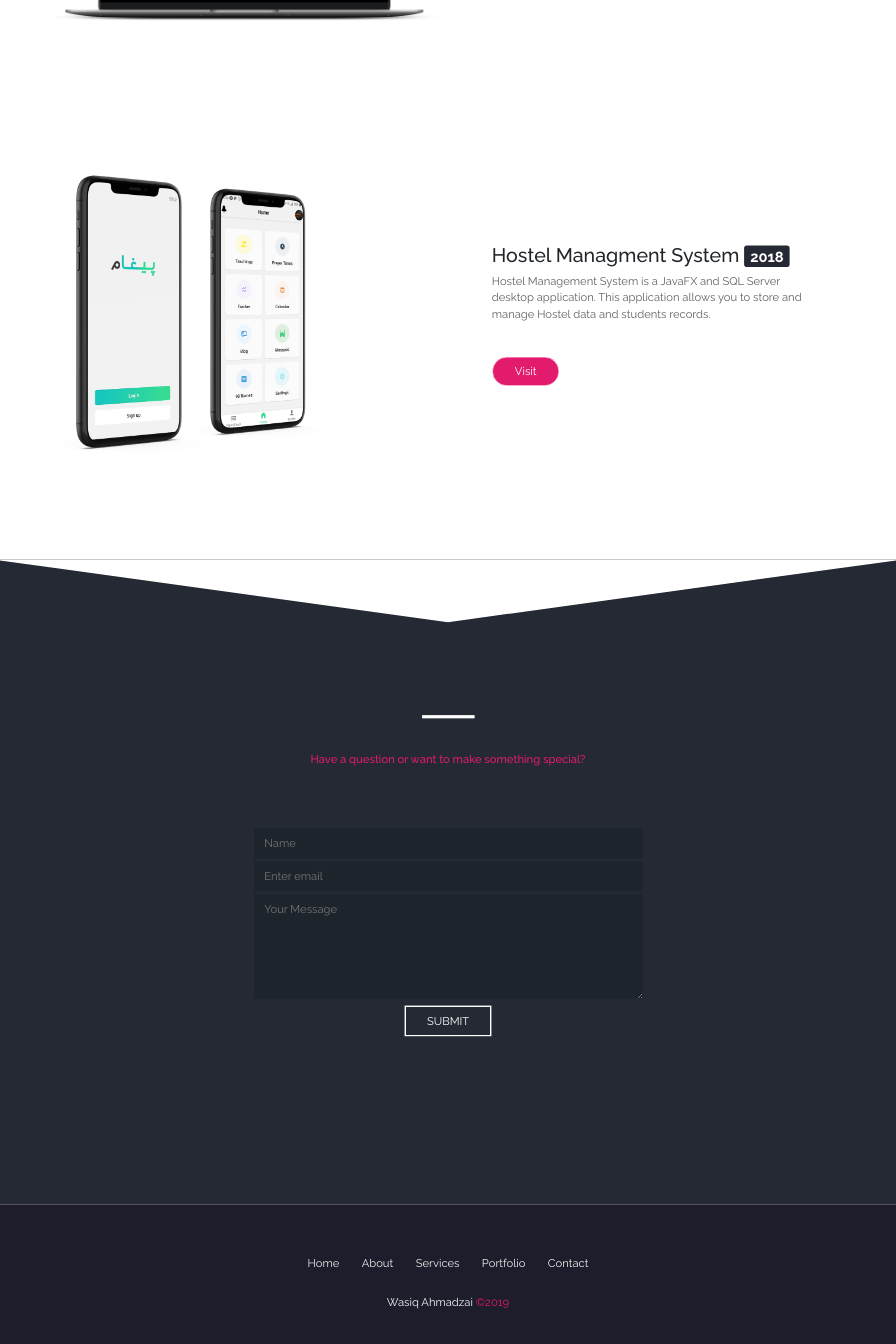
Repository: wasiqkhan/wasiqkhan.github.io
Page: index.html
The author's editor kept a copy of each file at every save. The page is drawn from the files as they stood at one save, then again after the next save.
The browser window is 1280 px wide. The pictures show the part of the page from y = 3182 to 5102 px (the page is 5102 px tall before and 5082 px after), at 70% of full size.
Some web fonts or font styles are not loaded; a fallback is used.

Above is the page before, as saved 2020-12-03 01:45:42.
Not found: js/all.js
Not found: js/app.js
Not found: js/particles.js

### index.html
<!DOCTYPE html>
<html lang="en">
  <!-- Start of Async Drift Code -->
<script>
  "use strict";!function(){var r=window.driftt=window.drift=window.driftt||[];if(!r.init){if(r.invoked)return window.console&&console.error&&console.error("Drift snippet included twice.");r.invoked=!0,r.methods=["identify","config","track","reset","debug","show","ping","page","hide","off","on"],r.factory=function(e){return function(){var t=Array.prototype.slice.call(arguments);return t.unshift(e),r.push(t),r}},r.methods.forEach(function(t){r[t]=r.factory(t)}),r.load=function(t){var e=3e5*Math.ceil(new Date/3e5),r=document.createElement("script");r.type="text/javascript",r.async=!0,r.crossorigin="anonymous",r.src="https://js.driftt.com/include/"+e+"/"+t+".js";var n=document.getElementsByTagName("script")[0];n.parentNode.insertBefore(r,n)}}}(),drift.SNIPPET_VERSION="0.3.1",drift.load("8faar6gaz2cs");
  </script>
  <!-- End of Async Drift Code -->
  <head>
    <meta charset="UTF-8" />
    <meta name="viewport" content="width=device-width, initial-scale=1.0" />
    <meta http-equiv="X-UA-Compatible" content="ie=edge" />
    <meta content="Wasiq Ahmadzai Web and Mobile App Developer" name="descriptison" />
    <meta content="MERN Reactjs ReactNative Nodejs JavaScript" name="keywords" />
    <meta property="og:title" content="Mohammad Wasiq | Portfolio" />
    <meta
      property="og:description"
      content="Web and Mobile App Developer"
    />
    <meta
      property="og:image"
      content="./img/link.PNG"
    />
    <meta property="og:url" content="https://wasiqkhan.github.io/" />
    <meta name="twitter:card" content="summary_large_image">
    <meta name="twitter:site" content="https://wasiqkhan.github.io/">
    <meta name="twitter:title" content="Mohammad Wasiq | Web & Mobile App Developer" />
    <meta name="twitter:description" content="Mohammad Wasiq is a Web and Mobile App Developer with experience in MERN Stack React Native"/>
    <meta name="twitter:creator" content="Mohammad Wasiq">

    <meta
      name="twitter:image"
      content="https://github.com/wasiqkhan/wasiqkhan.github.io/blob/master/img/link.PNG"
    />

    <link href="https://fonts.googleapis.com/css?family=Raleway:400,500,600,700,800&display=swap" rel="stylesheet">
    <link href="https://fonts.googleapis.com/icon?family=Material+Icons" rel="stylesheet">
    <link
    href="./css/materialdesignicons.min.css"
    media="all"
    rel="stylesheet"
  />
    <link type="text/css" rel="stylesheet" href="./css/style.css" />
    <link type="text/css" rel="stylesheet" href="./css/bootstrap.min.css" />

    <link type="text/css" rel="stylesheet" href="./css/lightbox.css" />
    <link rel="stylesheet" href="./css/line-awesome.css">


    <link rel="shortcut icon" href="./icon.png">

    <link
      type="text/css"
      rel="stylesheet"
      media="screen and (max-width:768px)"
      href="./css/mobile.css"
    />
    <link
      type="text/css"
      rel="stylesheet"
      media="screen and (min-width:769px) and (max-width:992px)"
      href="./css/widescreen.css"
    />
    <link
      type="text/css"
      rel="stylesheet"
      media="screen and (min-width:993px) and (max-width:1199px)"
      href="./css/ipadpro.css"
    />

    <title>Mohammad Wasiq | Web & Mobile Developler</title>
  </head>

  <body id="home" >
      <!-- <div id="particles-js">

      </div> -->
    <!-- Navbar -->
    <nav class="navigation">
      <button
        type="button"
        data-toggle="collapse"
        data-target="#myNav"
        class="navbar-toggler hamburger-menu"
      >
        <div class="line1"></div>
        <div class="line2"></div>
        <div class="line3"></div>
      </button>
      <div class="bg-cover"></div>
      <div class="collapse nav-content" id="myNav">
        <div class="container-fluid">
          <div class="row">
            <div class="col-10 max-auto">
              <ul class="navbar-nav flex-lg-row flex-column nav-justified">
                <li class="nav-item">
                  <a class="nav-link m-3 link-item" href="#home">Home</a>
                </li>
                <li class="nav-item">
                  <a class="nav-link m-3 link-item" href="#about">About</a>
                </li>
                <li class="nav-item">
                  <a class="nav-link m-3 link-item" href="#service">Services</a>

                </li>
                <li class="nav-item">
                    <a class="nav-link m-3 link-item" href="#portfolio">Portfolio</a>
                  </li>

                <li class="nav-item">
                  <a class="nav-link m-3 link-item" href="#contact">Contact</a>
                </li>
              </ul>
            </div>
          </div>
        </div>
      </div>
    </nav>

    <header id="showcase">



      <div class="showcase-content">
          <h1 class="heading"><span style="color: #E31B6D">Wasiq Ahmadzai</span>.<br>Web & Mobile App Developer.</h1>

          <a href="#about" class="btnn">Read more</a>
        </div>
    </header>

    <section id="about" class="primary about">
        <h2 class="text-center m-heading">About Me</h2>
        <div class="line"></div>
      <div class="container new">
        <div class="card cardnew">

          <img src="./img/dev.PNG" class="card-img-top cut" style="margin: auto">
          <div class="card-body">
              <img src="./img/5a159554b6a61a2ba5ccdb57.PNG" class="my-img" />
              <div class="card-title">
                <h3 class="text-center">Wasiq Ahmadzai</h3>
              </div>
              <div class="card-subtitle text-center">
                <p style="color:#E31B6D"></span> Freelance <span style="color: #616161">|</span> Kabul, AFG</p>
              </div>
              <div class="links">
                  <a href="http://www.facebook.com/ahmadzai.khan.54" target="_blank"><i class="fab fa-facebook fa-2x"></i></a>
                  <a href="https://github.com/wasiqkhan" target="_blank"><i class="fab fa-github fa-2x"></i></a>

                  <a href="https://www.linkedin.com/in/mohammad-wasiq-ahmadzai-5439371b0/" target="_blank"><i class="fab fa-linkedin fa-2x"></i></a>
                </div>
          </div>
        </div>
        <div class="items">



          <div>

          <p class="info-p lead">Hi, I am a Web and Mobile App Developer with experience in MERN Stack (MongoDB, Expressjs, Reactjs, Nodejs), React Native, Firebase, MySQL. I have serious passion for amazing & responsive mobile and web apps.</p>

        </div>
        <h4 style="text-align:left">Fun Facts</h4>


         <div class="service-items flex-wrap" style="padding: 0 0">
            <div class="item fun-facts" style="margin-right: 10px ;background: #252934">
              <div>
                <i class="fas fa-coffee fa-2x mb-3" style="color:#E31B6D"></i>
                <h6 class="text-center" style="color: white">100+ Cups of Coffee</h6>

              </div>
            </div>

            <div class="item fun-facts" style="margin-right: 10px ;background: #252934">
              <div>
                  <i class="fas fa-book fa-2x mb-3" style="color:#E31B6D"></i>
                <h6 class="text-center" style="color: white">10+ Books</h6>

              </div>

            </div>

            <div class="item fun-facts" style="margin-right: 10px ;background: #252934">
              <div>
                  <i class="fas fa-bicycle fa-2x mb-3" style="color:#E31B6D"></i>
                <h6 class="text-center" style="color: white">1200km Cycled</h6>

              </div>

            </div>
            <div class="item fun-facts" style="margin-right: 10px;background: #252934">
                <div>
                    <i class="fas fa-award fa-2x mb-3" style="color:#E31B6D"></i>
                  <h6 class="text-center" style="color: white">10 Awards Won</h6>

                </div>

              </div>

          </div>



<div>
          <a href="#contact" class="hire-me">Hire Me</a>
        </div>

      </div>


          </div>

    </section>
    <section id="service" class="primary service">
      <div class="container">
        <h2 class="text-center m-heading">Services</h2>
        <div class="line"></div>

        <div class="service-items rotate fun-facts">
          <div class="item">
            <div>
              <i class="fas fa-desktop fa-6x textt mb-3"></i>
              <h3 class="text-center">Web Development</h3>
              <p class="text-center">
                Fully responsive full stack website development
              </p>
            </div>
          </div>

          <div class="item">
            <div>
                <i class="fas fa-mobile-alt fa-6x textt textt2 mb-3"></i>
              <h3 class="text-center">Mobile Apps</h3>
              <p class="text-center">
                Fast and Professional app development using latest technologies
              </p>
            </div>

          </div>

          <div class="item">
            <div>
                <i class="fas fa-rocket fa-6x  textt mb-3"></i>
              <h3 class="text-center">Launch</h3>
              <p class="text-center">
                Deployment and Maintainance

              </p>
            </div>

          </div>
        </div>
      </div>
    </section>
    <section id="portfolio" class="portfolio">
      <div class="container">
        <h2 class="text-center m-heading">Portfolio</h2>
        <div class="line"></div>

        <div class="portfolio-items row align-items-center h-100 text-center text-lg-left" style="margin-top: 120px;">
          <div class="col-lg-6 p-lg-0">
            <img src="./img/walletapp.png" height="350" >

          </div>
          <div class="col-lg-5 mx-auto py-3">
            <h3 class="h3">My Wallet
              <span class="badge badge-sm">2017</span>
            </h3>
            <p class="mb-3" style="color: #616161;">An android app that keeps track of your money, daily transactions, and expenses
            </p>
            <a href="https://bit.ly/3iEEP3P" class="visit" target="_blank">Visit</a>

          </div>

        </div>

        <div class="portfolio-items row align-items-center h-100 text-center text-lg-left " style="margin-top: 220px;">
          <div class="col-lg-6 p-lg-0">
            <img src="./img/lineageweb.png" height="300"  >

          </div>
          <div class="col-lg-5 mx-auto py-3">
            <h3 class="h3 bold">Lineage Logistics
              <span class="badge badge-sm">2020</span>
            </h3>
            <p class="mb-3" style="color: #616161;">
              Lineage Logistics Afghanistan
            </p>
            <a href="https://lineage.com.af/" class="visit" target="_blank">Visit</a>

          </div>

        </div>

        <div class="portfolio-items row align-items-center h-100 text-center text-lg-left" style="margin-top: 220px;">
          <div class="col-lg-6 p-lg-0">
            <img src="./img/paigham.png" height="400"  >

          </div>
          <div class="col-lg-5 mx-auto py-3">
            <h3 class="h3">Hostel Managment System
              <span class="badge badge-sm">2018</span>
            </h3>
            <p class="mb-3" style="color: #616161;">Hostel Management System is a JavaFX and SQL Server desktop application. This application allows you to store and manage Hostel data and students records.
            </p>
            <a href="https://github.com/wasiqkhan/Hostel-Management-System" class="visit" target="_blank">Visit</a>

          </div>

        </div>
      </div>
    </section>


    <section id="contact" class="contact">
      <svg preserveAspectRatio="none" viewBox="0 0 100 102" height="90" width="100%" version="1.1"
      xmlns="http://www.w3.org/2000/svg" class="svgcolor-light">

     <path d="M0 0 L50 100 L100 0 Z" fill="white" stroke="white"/>

    </svg>
      <div class="container-fluid">
        <h2 class="text-center m-heading" style="color: #fff">Contact</h2>
        <div class="line"></div>
        <div class="container">
          <h6 class="text-center py-5" style="color: #E31B6D">Have a question or want to make something special?</h6>


                <form
                class="waypoint"
                data-animation="pop-in"
                data-delay=".5s"
                id="contact-form"
              >
                <input placeholder="Name" type="text" name="name" required />
                <input
                  placeholder="Enter email"
                  type="email"
                  name="email"
                  required
                />
                <textarea
                  placeholder="Your Message"
                  type="text"
                  name="message"
                  required
                ></textarea>
                <div id="success">
                  <div>
                    Your message was sent successfully. Thanks!<span
                      id="close"
                      class="mdi mdi-close"
                    ></span>
                  </div>
                </div>
                <input class="button" type="submit" id="submit" value="SUBMIT" />
              </form>



        </div>
    </section>
    <footer id="footer">
      <div class="container">
        <div class="row">
          <div class="col text-center">
            <div class="mb-2">
              <a href="http://www.facebook.com/ahmadzai.khan.54" target="_blank" class="mx-sm-4 mx-2 social"
                ><i class="fab fa-facebook fa-2x"></i
              ></a>
              <a href="https://github.com/wasiqkhan" target="_blank" class="mx-sm-4 mx-2 social"
                ><i class="fab fa-github fa-2x"></i
              ></a>
              <a href="https://www.linkedin.com/in/mohammad-wasiq-ahmadzai-5439371b0/" target="_blank" class="mx-sm-4 mx-2 social"
                ><i class="fab fa-linkedin fa-2x"></i
              ></a>
             -->
            </div>

          </div>
        </div>
        <div class="container-fluid p-3">
            <div class="row">
              <div class="col mb-4">
                <ul class="nav justify-content-center footer-items">
                  <li class="nav-item">
                    <a href="#home" class="nav-link">Home</a>
                  </li>
                  <li class="nav-item">
                    <a href="#about" class="nav-link">About</a>
                  </li>
                  <li class="nav-item">
                    <a href="#service" class="nav-link">Services</a>
                  </li>
                  <li class="nav-item">
                      <a href="#portfolio" class="nav-link">Portfolio</a>
                    </li>

                  <li class="nav-item">
                    <a href="#contact" class="nav-link">Contact</a>
                  </li>

                </ul>
              </div>
            </div>
            <div class="row">
              <div class="col text-light text-center">
                <p>Wasiq Ahmadzai <span style="color: #E31B6D">&copy;2019</span></p>
              </div>
            </div>

      </div>
    </footer>
    <script src="./js/particles.js"></script>
    <script src="./js/app.js"></script>
    <script src="./js/jquery-3.4.1.min.js"></script>
    <script src="./js/popper.js"></script>
    <script src="./js/bootstrap.min.js"></script>
    <script src="./js/script.js"></script>
    <script src="./js/lightbox.js"></script>
    <script src="./js/all.js"></script>
  </body>
</html>

### css/mobile.css
@media (max-width: 500px) {
  #navbar {
    flex-direction: column;
    align-items: center;
  }
  .my-img {
    width: 40%;
    margin-left: 90px;
    margin-top: -100px;
  }
  .showcase-content h1 {
    font-size: 15pt;
  }
  #contact h6 {
    font-size: 9pt;
  }

  .info-p {
    margin-top: -150px;
  }

  .hire-me {
    margin-top: 40px;
  }
  .textt {
    margin-left: 70px;
  }
  .textt2 {
    margin-left: 95px;
  }
  .name {
    text-align: left;
    margin-top: 15px;
    margin-left: -30px;
  }
}

@media (min-width: 501px) and (max-width: 768px) {
  .my-img {
    margin-left: 240px;
  }
}

.info-p {
  margin-top: -100px;
}
.hire-me {
  margin-top: 30px;
}
.items {
  margin: 5rem 2rem;
  display: flex;
  flex-direction: column;
  align-items: center;
  justify-content: center;

  text-align: center;
  /* position: relative; */
  flex-wrap: wrap;
}

.items div {
  flex: 1;
}
.portfolio-items h3 {
  margin-top: 50px;
}

.portfolio-items img {
  width: 100%;
  height: auto;
  text-align: center;
  margin: auto;
}
#portfolio .portfolio-items .item {
  display: flex;
  text-align: left;
}
.service-items {
  display: block;
  padding: 1rem;
}
#service .service-items .item {
  display: flex;
  text-align: left;
}
.new {
  display: flex;
  flex-direction: column;
}

#navbar .l-heading {
  margin-bottom: 0.5rem;
  text-align: center;
}

#about .line,
#service .line,
#contact .line {
  width: 20%;
  background: #444649;
  height: 5px;
  margin: auto;
}

#contact .line {
  background: #fff;
}
#projects .line {
  width: 20%;
  background: #444649;
  height: 5px;
  margin-bottom: 50px;
  margin-top: -35px;
}
.contact-content {
  display: flex;
  flex-direction: column;
  justify-content: center;
  align-items: center;
  text-align: center;
  padding: 1rem;
}

.items p {
  text-align: justify;
}
section:nth-of-type(4) input[type="text"],
section:nth-of-type(4) input[type="email"],
section:nth-of-type(4) textarea {
  width: 100%;
}
section:nth-of-type(4) #success {
  width: 100%;
  margin: auto;
}

### css/widescreen.css
/* @media (min-width: 769px) and (max-width: 991px) { */
.new {
  display: flex;
  flex-direction: column;
}

.info-p {
  margin-top: -100px;
}
.hire-me {
  margin-top: 30px;
}
.items {
  margin: 5rem 2rem;
  display: flex;
  flex-direction: column;
  align-items: center;
  justify-content: center;

  text-align: center;
  /* position: relative; */
  flex-wrap: wrap;
}

.items div {
  flex: 1;
}
.my-img {
  margin-left: 240px;
}
/* } */

### css/ipadpro.css
.my-img {
  margin-left: 130px;
}

Loaded but not shown: css/materialdesignicons.min.css (library); css/bootstrap.min.css (library); css/lightbox.css (library); js/jquery-3.4.1.min.js (library); js/popper.js (library); js/bootstrap.min.js (library); js/lightbox.js (library); js/script.js (138 lines, source omitted); css/line-awesome.css (6582 lines, source omitted); css/style.css (537 lines, source omitted)

After the next save:
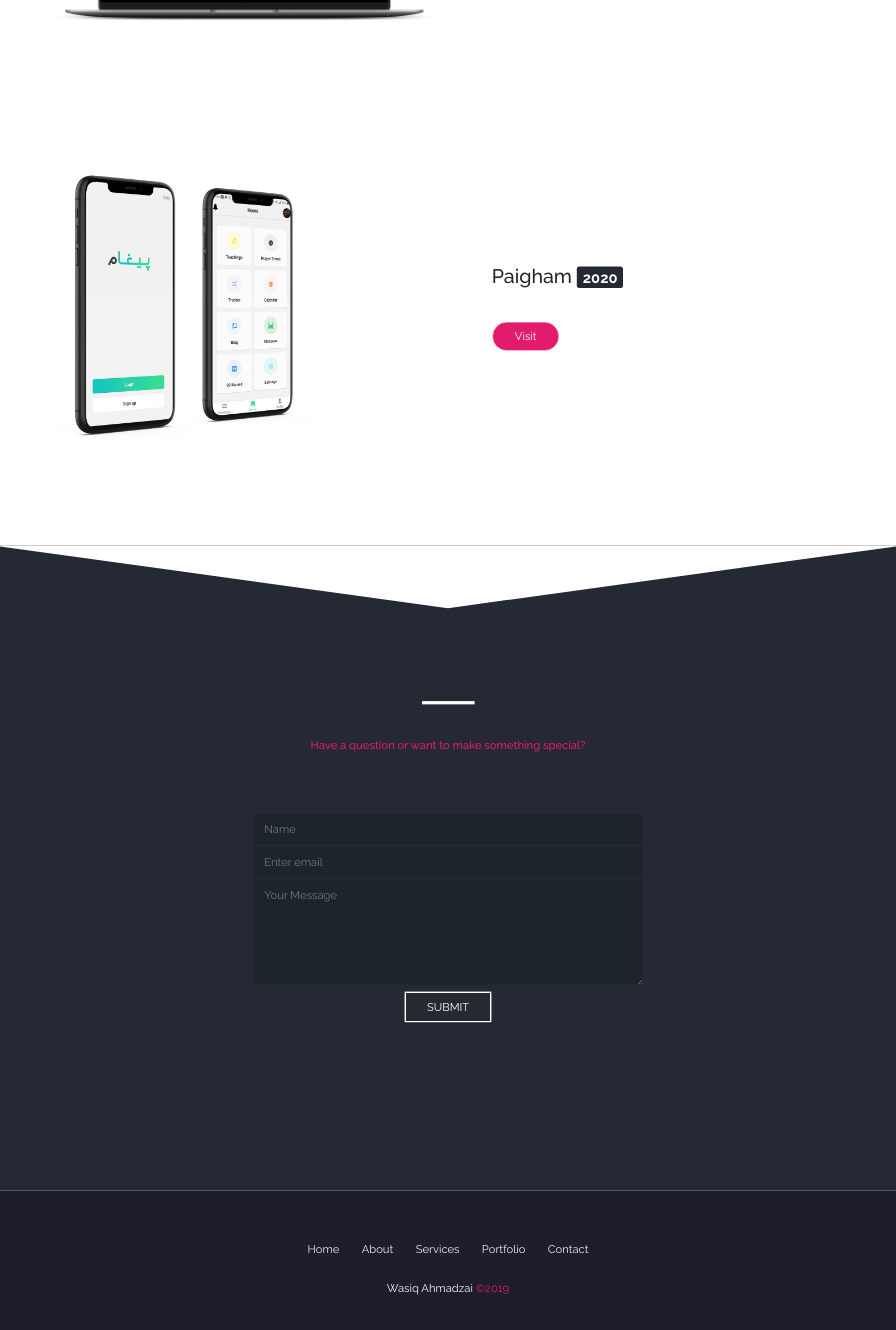
Saved 110 s later.
--- a/index.html
+++ b/index.html
@@ -294,16 +294,16 @@
 
         <div class="portfolio-items row align-items-center h-100 text-center text-lg-left" style="margin-top: 220px;">
           <div class="col-lg-6 p-lg-0">
-            <img src="./img/paigham.png" height="400"  >
+            <img src="./img/paigham.png" height="380"  >
 
           </div>
           <div class="col-lg-5 mx-auto py-3">
-            <h3 class="h3">Hostel Managment System
-              <span class="badge badge-sm">2018</span>
+            <h3 class="h3">Paigham
+              <span class="badge badge-sm">2020</span>
             </h3>
-            <p class="mb-3" style="color: #616161;">Hostel Management System is a JavaFX and SQL Server desktop application. This application allows you to store and manage Hostel data and students records.
+            <p class="mb-3" style="color: #616161;">
             </p>
-            <a href="https://github.com/wasiqkhan/Hostel-Management-System" class="visit" target="_blank">Visit</a>
+            <a href="https://wasiqkhan.github.io/paigham.github.io/" class="visit" target="_blank">Visit</a>
 
           </div>
 
